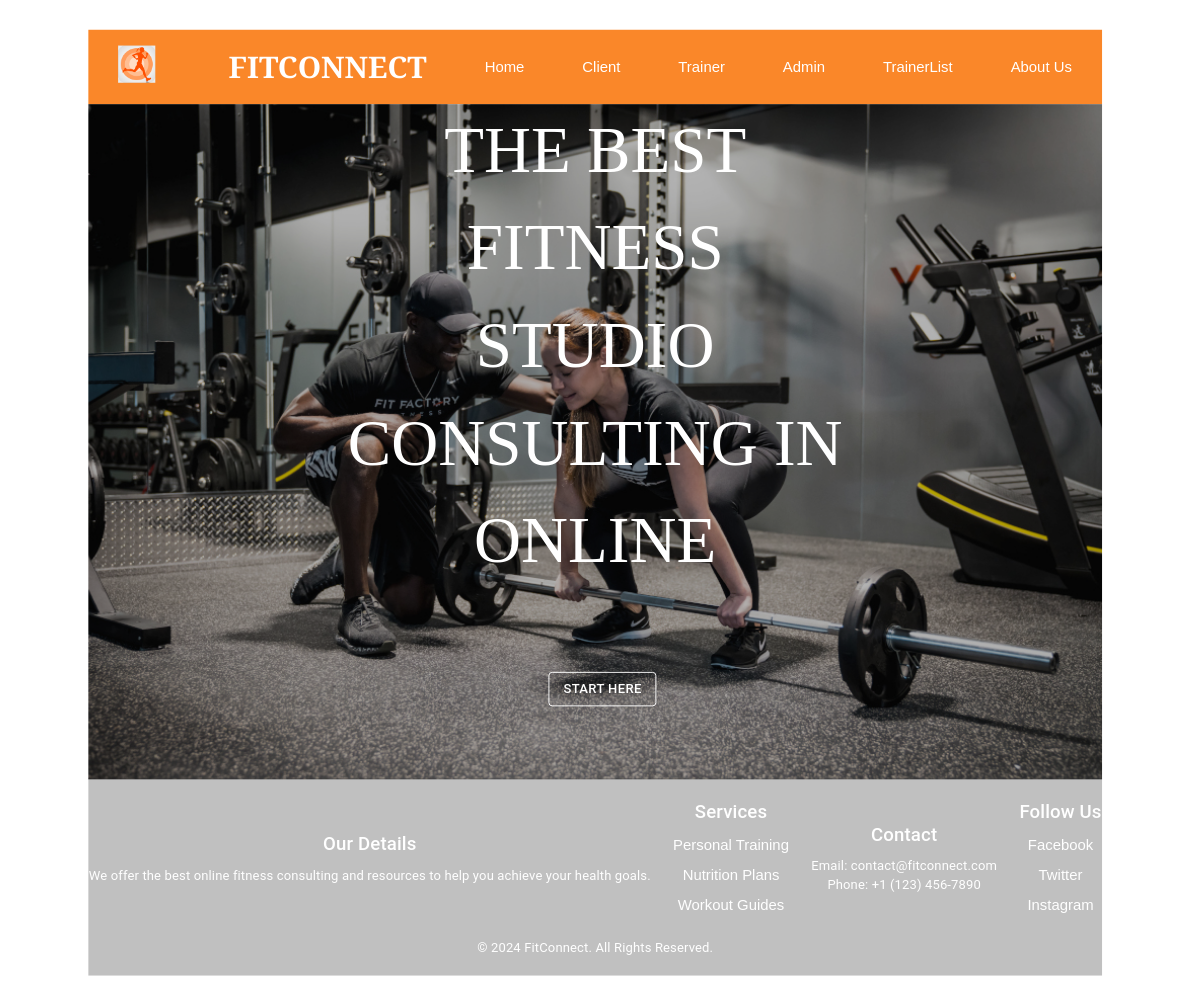
Repository: sarathraj2002/fitconnect
Page: / (app in Frontend/)
An editor plug-in stored every save of this project. The page is shown before and after the next save, followed by the edit.
The browser window is 1280 px wide. The pictures show the whole page, at 93% of full size.
The project was rebuilt for these pictures with package versions that can differ from the ones it lists, and the page was loaded fresh each time. Also part of the build but not shown: Frontend/vite.config.js, Frontend/src/components/ClientPage.jsx, Frontend/src/components/TrainerPage.jsx, Frontend/src/components/AdminPage.css, Frontend/src/components/AdminPage.jsx, Frontend/src/components/TrainerListPage.jsx, Frontend/src/components/AboutUs.jsx, Frontend/src/components/ClientRegister.css and 5 more.

Above is the page before, as saved 2024-11-12 17:47:11.

After the next save:
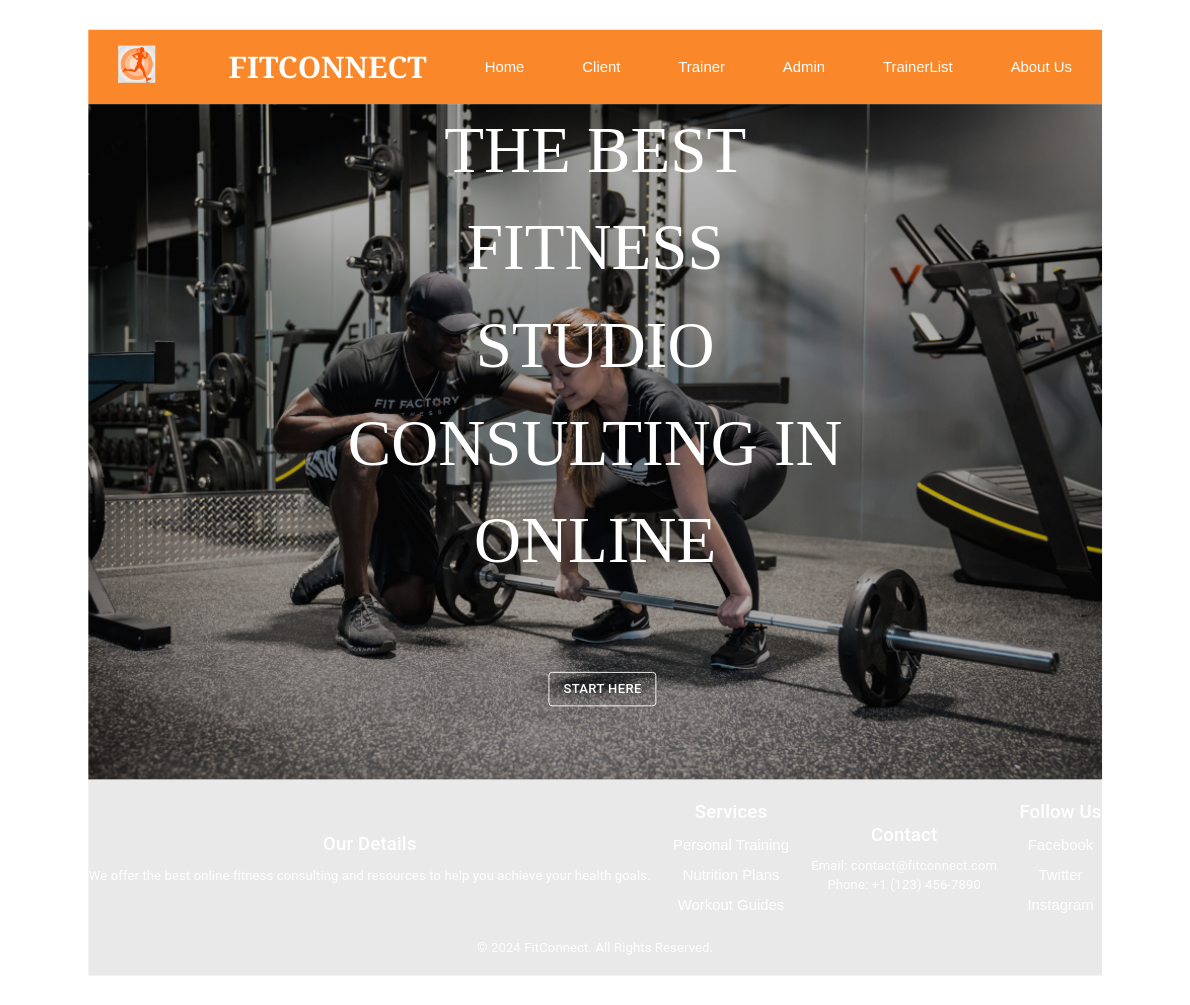
Saved 6 s later.
--- a/Frontend/src/components/Footer.jsx
+++ b/Frontend/src/components/Footer.jsx
@@ -8,7 +8,7 @@ const Footer = () => {
       component="footer"
       sx={{
         backgroundColor: '#333',
-        opacity:'30%',
+        opacity:'10%',
         color: 'white',
         padding: '20px 0',
         textAlign: 'center',
